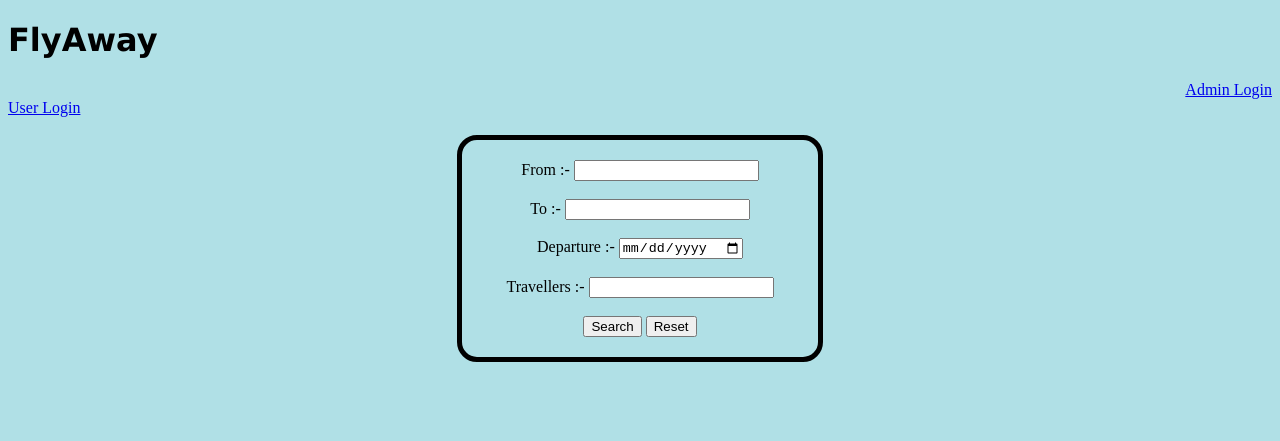
Repository: Kishore-kj/PhaseTwo
Page: http://localhost/FlyAway/HomePage.jsp
The author's editor kept a copy of each file at every save. The page is drawn from the files as they stood at one save, then again after the next save.
The browser window is 1280 px wide. The pictures show the whole page.
The page is served by Tomcat 9. Other server files are loaded and not shown.

Above is the page before, as saved 2022-08-13 09:17:44.

### FlyAway/src/main/webapp/HomePage.jsp
<%@ page language="java" contentType="text/html; charset=ISO-8859-1"
    pageEncoding="ISO-8859-1"%>
    <%@ page import = "java.util.*" %>

<!DOCTYPE html>
<html>
<head>
<meta charset="ISO-8859-1">
<title>Parakkurom..</title>

</head>
<body style="background-color:powderblue;">
<h1 style="font-family:verdana;">FlyAway</h1>

<div align="right">
<a href="AdminPage.jsp">Admin Login</a>
</div>
<%
	@SuppressWarnings("unchecked")
	HashMap<String,String> user=(HashMap<String,String>)session.getAttribute("user");
	if(user!=null){
%>
<p>Welcome <%=user.get("name") %></p>
<a href="Logout">Logout</a>
<%
	}else{
%>
<a href=UserPage.jsp>User Login</a>
<%
	}
%>
<br><br>
<center>
<div style="border:5px solid black;width:25%;border-radius:20px;padding:20px" align="center">
<form action=FlightList method=post>
	<label for=from>From :-</label> <input type=text name=from id=from/><br><br>
	<label for=to>To :-</label> <input type=text name=to id=to/><br><br>
	<label for=departure>Departure :-</label> <input type=date name=departure id=departure/><br><br>
	<label for=travellers>Travellers :-</label> <input type=number name=travellers id=travellers/><br><br>
	<input type=submit value=Search /> <input type=reset />
</form>
</div>
</center>
</body>
</html>

After the next save:
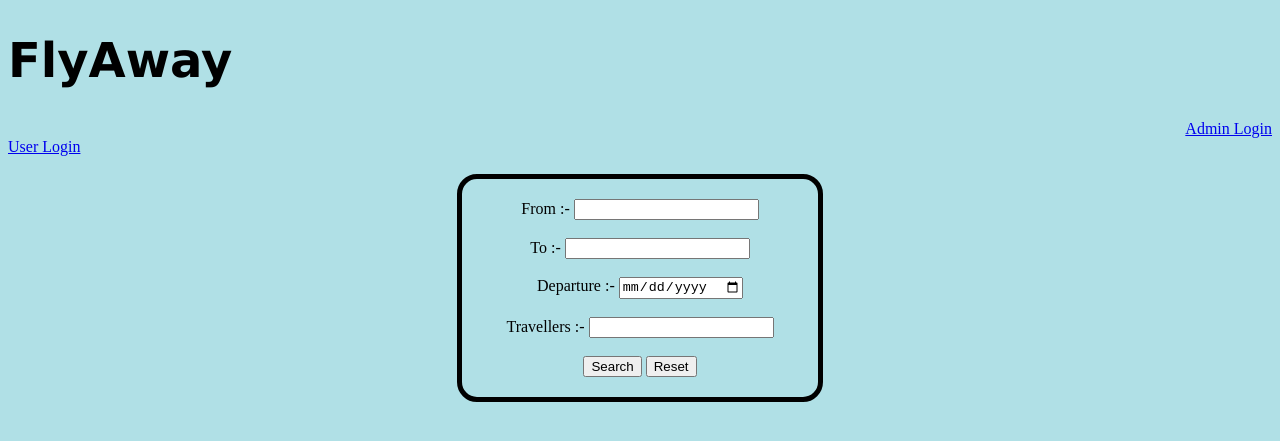
Saved 51 s later.
--- a/FlyAway/src/main/webapp/HomePage.jsp
+++ b/FlyAway/src/main/webapp/HomePage.jsp
@@ -10,7 +10,7 @@
 
 </head>
 <body style="background-color:powderblue;">
-<h1 style="font-family:verdana;">FlyAway</h1>
+<h1 style="font-family:verdana; font-size:300%;">FlyAway</h1>
 
 <div align="right">
 <a href="AdminPage.jsp">Admin Login</a>
